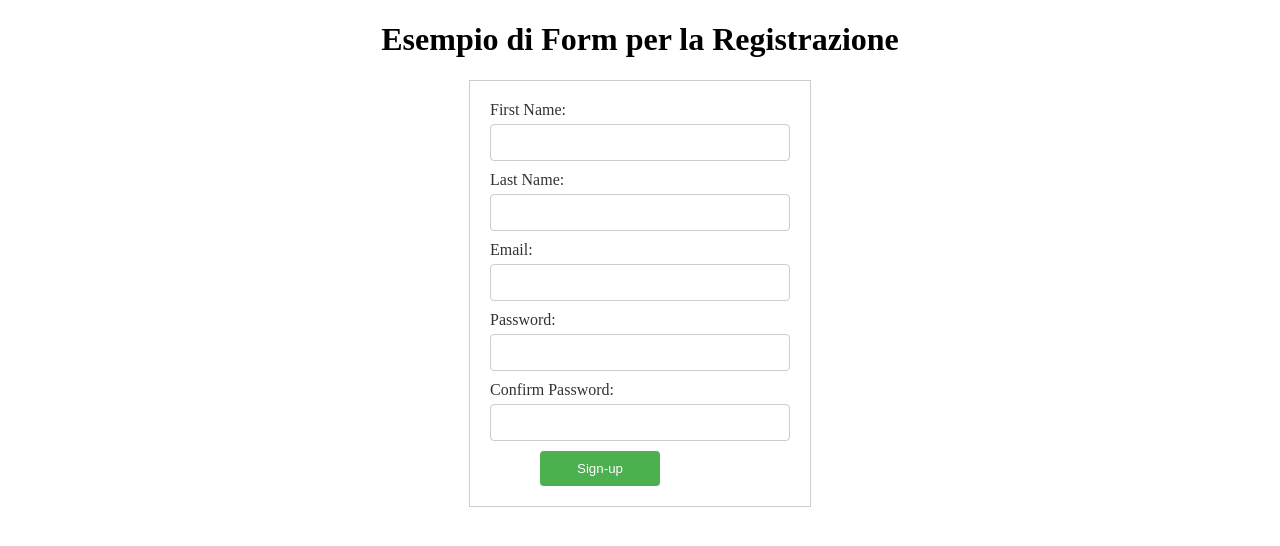
Repository: GiuuGpEEp/TerzoAnnoUni
Page: SAW/Esercizi/Form/Form.html
These files come from the project's save history. The page is drawn as it stood at one moment and after a run of saves; the edit follows.
The browser window is 1280 px wide. The pictures show the whole page.

Above is the page before, as saved 2024-11-18 22:45:09.

### SAW/Esercizi/Form/Form.html
<!DOCTYPE html>
<html lang="en">
    <head>
        <title>Form</title>
        <style>
            h1{
                text-align: center;
            }
            form{
                width: 300px; /* Larghezza del form */
                margin: 0 auto; /* Centra il form nella pagina */
                border: 1px solid #ccc; /* Bordino sottile */
                padding: 20px;
            }
            label {
                display: block;
                margin-bottom: 5px;
                color: #333; /* Blu scuro */
            }

            input[type="text"], input[type="password"], input[type="email"] {
              width: 100%;
              padding: 10px;
              border: 1px solid #ccc;
              border-radius: 4px;
              box-sizing: border-box;
             /* Include padding e border nella larghezza */
              margin-bottom: 10px;
            }

            input[type="submit"] {
              background-color: #4CAF50; /* Verde */
              color: white;
              padding: 10px 20px;
              border: none;
              border-radius: 4px;
              cursor: pointer;
              margin-left: 50px;
              width: 40%;
            }

        </style>
    </head>
    <body>
        <h1>Esempio di Form per la Registrazione</h1>
        <form action="registration.php" method="post">
            <div><label for="firstname">First Name:</label>
            <input type="text" name="firstname" id="firstname"></div>
            <div><label for="lastname">Last Name:</label>
            <input type="text" name="lastname" id="lastname"></div>
            <div><label for="email">Email:</label>
            <input type="email" name="email" id="email"></div>
            <div><label for="pass">Password:</label>
            <input type="password" name="pass" id="pass"></div>
            <div><label for="confirm">Confirm Password:</label>
            <input type="password" name="confirm" id="confirm"></div>
            <input type="submit" name="submit" value="Sign-up">
          </form>
    </body>

</html>

After the next 2 saves:
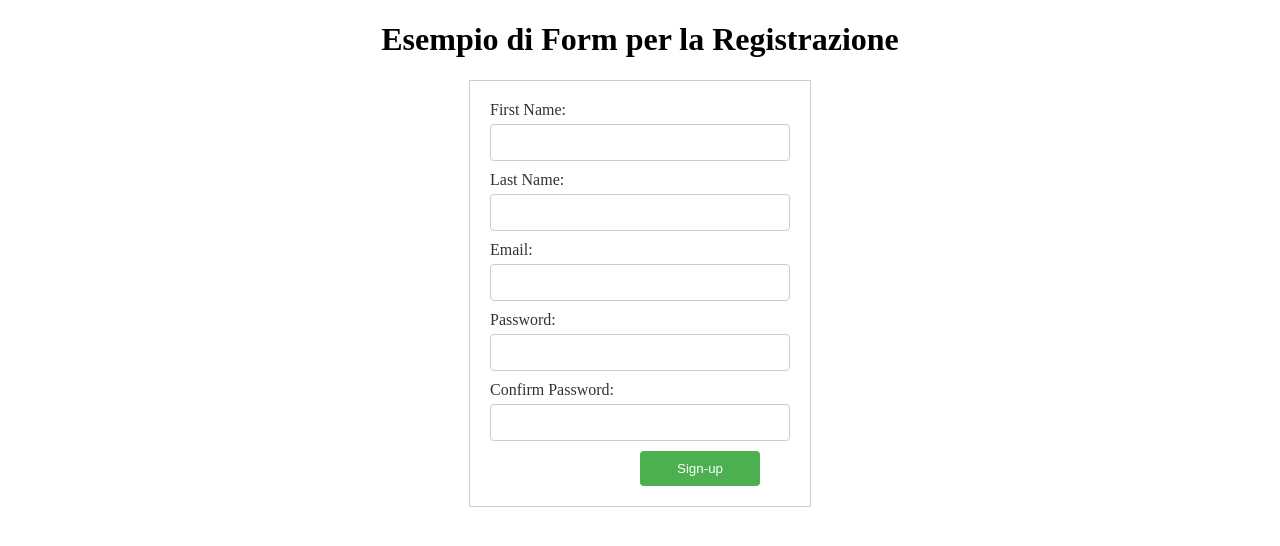
The 2 saves are shown as one change because they came seconds apart.
The last was saved 7 s later.
--- a/SAW/Esercizi/Form/Form.html
+++ b/SAW/Esercizi/Form/Form.html
@@ -35,7 +35,7 @@
               border: none;
               border-radius: 4px;
               cursor: pointer;
-              margin-left: 50px;
+              margin-left: 50%;
               width: 40%;
             }
 
